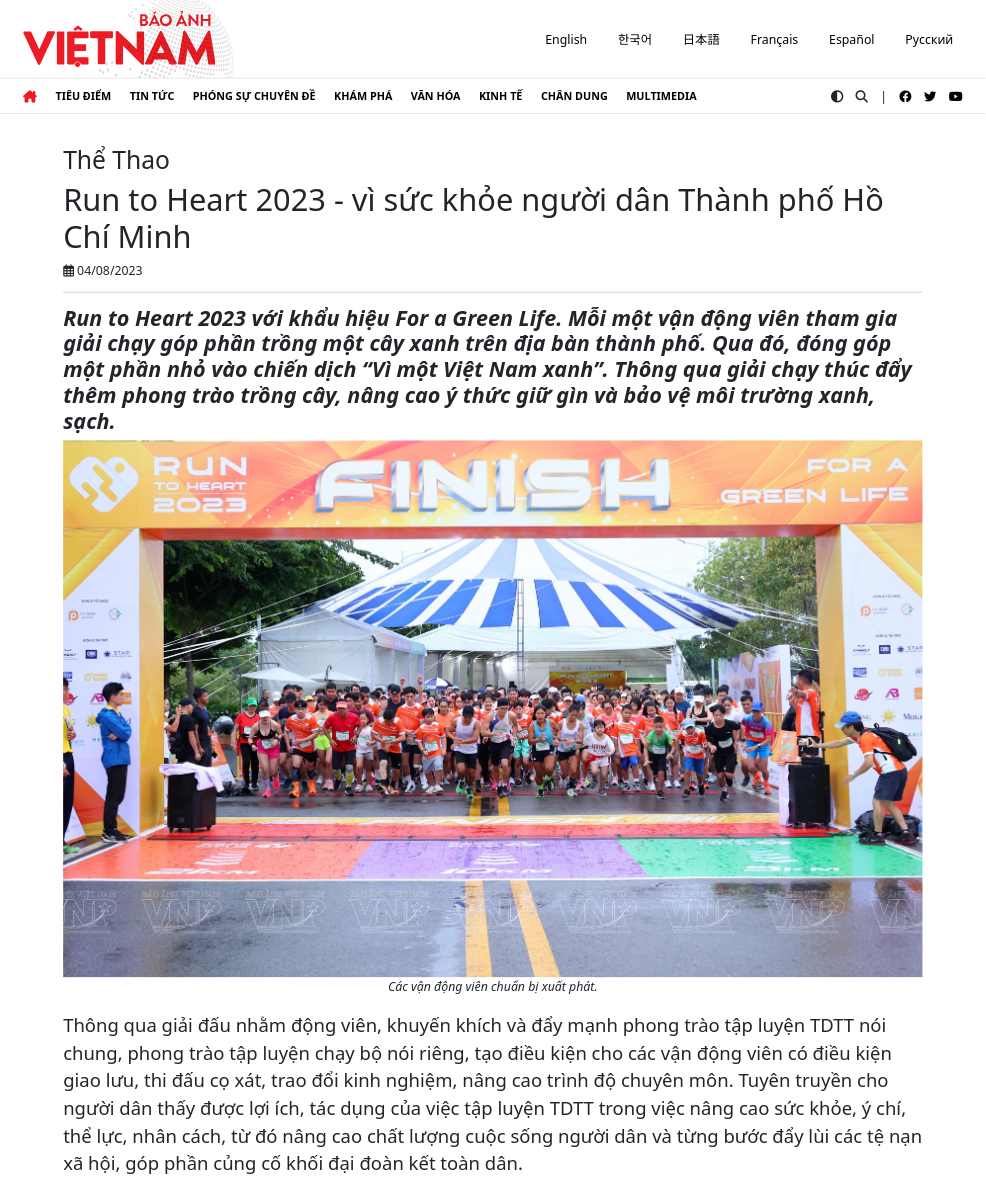
Repository: kietdotshp/webtintuc
Page: Detail.html
The author's editor kept a copy of each file at every save. The page is drawn from the files as they stood at one save, then again after a run of saves.
The browser window is 1280 px wide. The pictures show the whole page, at 77% of full size.
Some web libraries are served in a nearby version.

Above is the page before, as saved 2023-08-10 16:23:22.

### Detail.html
<!DOCTYPE html>
<html lang="en">

<head>
    <title></title>
    <meta charset="UTF-8">
    <meta name="viewport" content="width=device-width, initial-scale=1">
    <link href="assets/css/detail.css" rel="stylesheet">
    <link href="https://cdn.jsdelivr.net/npm/bootstrap@5.3.1/dist/css/bootstrap.min.css" rel="stylesheet"
        integrity="sha384-4bw+/aepP/YC94hEpVNVgiZdgIC5+VKNBQNGCHeKRQN+PtmoHDEXuppvnDJzQIu9" crossorigin="anonymous">
    <link href="https://cdn.jsdelivr.net/npm/bootstrap@5.3.1/dist/css/bootstrap.min.css" rel="stylesheet"
        integrity="sha384-4bw+/aepP/YC94hEpVNVgiZdgIC5+VKNBQNGCHeKRQN+PtmoHDEXuppvnDJzQIu9" crossorigin="anonymous" />
    <script src="https://cdn.jsdelivr.net/npm/bootstrap@5.3.1/dist/js/bootstrap.bundle.min.js"></script>
    <script src="https://kit.fontawesome.com/a076d05399.js"></script>
    <link rel="stylesheet" href="https://cdnjs.cloudflare.com/ajax/libs/font-awesome/6.4.2/css/all.min.css"
        integrity="sha512-z3gLpd7yknf1YoNbCzqRKc4qyor8gaKU1qmn+CShxbuBusANI9QpRohGBreCFkKxLhei6S9CQXFEbbKuqLg0DA=="
        crossorigin="anonymous" referrerpolicy="no-referrer" />

    <link rel="stylesheet" href="https://cdnjs.cloudflare.com/ajax/libs/font-awesome/4.7.0/css/font-awesome.min.css" />
</head>

<header>
    <div class="container-custom">
        <section class="d-flex align-items-center justify-content-between">
            <!-- Web logo -->
            <figure class="web-logo">
                <img src="./assets/images/logo-vi.svg" alt="Logo" class="img-contain" />
            </figure>

            <div class="d-none d-lg-flex align-items-center gap-3">
                <a href="javascript:void(0)" class="choose-lang">English</a>
                <a href="javascript:void(0)" class="choose-lang">한국어</a>
                <a href="javascript:void(0)" class="choose-lang">日本語</a>
                <a href="javascript:void(0)" class="choose-lang">Français</a>
                <a href="javascript:void(0)" class="choose-lang">Español</a>
                <a href="javascript:void(0)" class="choose-lang">Русский</a>
            </div>

            <a class="mobile-menu d-lg-none" href="javascript:void(0)">
                <i class="fa-solid fa-bars-staggered fs-2"></i>
            </a>
        </section>
    </div>

    <div class="line-seperate-horizontal"></div>

    <div class="container-custom">
        <section class="d-flex align-items-center justify-content-between py-3 py-lg-0">
            <div class="d-flex align-items-center gap-4 gap-xxl-5">
                <a href="javascript:void(0)">
                    <i class="fa-solid fa-house-chimney color-primary"></i>
                </a>

                <div class="d-none d-lg-flex align-items-center gap-4 gap-xxl-5">
                    <a href="javascript:void(0)" class="menu-item">Tiêu điểm</a>
                    <a href="javascript:void(0)" class="menu-item">Tin tức</a>
                    <a href="javascript:void(0)" class="menu-item">Phóng sự chuyên đề</a>
                    <a href="javascript:void(0)" class="menu-item">Khám phá</a>
                    <a href="javascript:void(0)" class="menu-item">Văn hóa</a>
                    <a href="javascript:void(0)" class="menu-item">Kinh tế</a>
                    <a href="javascript:void(0)" class="menu-item">Chân dung</a>
                    <a href="javascript:void(0)" class="menu-item">Multimedia</a>
                </div>
            </div>

            <div class="d-flex align-items-center gap-3">
                <div class="d-flex align-items-center gap-3">
                    <div class="cursor-pointer">
                        <i class="fa-solid fa-circle-half-stroke"></i>
                    </div>
                    <div class="cursor-pointer">
                        <i class="fa-solid fa-magnifying-glass"></i>
                    </div>
                </div>

                <div class="d-lg-none d-xl-block">|</div>

                <div class="d-lg-none d-xl-flex align-items-center gap-3">
                    <a href="javascript:void(0)">
                        <i class="fa-brands fa-facebook-f"></i>
                    </a>
                    <a href="javascript:void(0)">
                        <i class="fa-brands fa-twitter"></i>
                    </a>
                    <a href="javascript:void(0)">
                        <i class="fa-brands fa-youtube"></i>
                    </a>
                </div>
            </div>
        </section>
    </div>
</header>
<div class="line-seperate-horizontal"></div>

<body>
    <div class="container">
        <div class="detailmenu">
            <h2>
                <link href="#" target="kiểu mở liên kết">Thể Thao</link>
            </h2>
            <h1>Run to Heart 2023 - vì sức khỏe người dân Thành phố Hồ Chí Minh</h1>
            <div class="timeline">
                <time>
                    <i class="fa-regular fa-calendar"></i>
                    04/08/2023
                </time>
            </div>
            <hr />
        </div>
        <div>
            <h3>
                <span class="title">Run to Heart 2023 với khẩu hiệu For a Green Life.
                    Mỗi một vận động viên tham gia giải chạy góp phần trồng một cây xanh trên địa bàn thành phố.
                    Qua đó, đóng góp một phần nhỏ vào chiến dịch “Vì một Việt Nam xanh”. Thông qua giải chạy thúc đẩy
                    thêm phong trào trồng cây, nâng cao ý thức giữ gìn và bảo vệ môi trường xanh, sạch.
                </span>
            </h3>
            <img src="assets/images/detail1.jpg">
            <p style="color:darkbluel;text-align:center;font-style:italic;">Các vận động viên chuẩn bị xuất phát.
            </p>
            <div class="content1">Thông qua giải đấu nhằm động viên, khuyến khích và đẩy mạnh phong trào tập luyện TDTT nói chung, phong trào tập luyện chạy bộ nói riêng, tạo điều kiện cho các vận động viên có điều kiện giao lưu, thi đấu cọ xát, trao đổi kinh nghiệm, nâng cao trình độ chuyên môn.

                Tuyên truyền cho người dân thấy được lợi ích, tác dụng của việc tập luyện TDTT trong việc nâng cao sức khỏe, ý chí, thể lực, nhân cách, từ đó nâng cao chất lượng cuộc sống người dân và từng bước đẩy lùi các tệ nạn xã hội, góp phần củng cố khối đại đoàn kết toàn dân.
            </div>
        </div>

    </div>
</body>

</html>

### assets/css/detail.css
:root {
    --main-color: #333;
    --main-red-color: #ed1c24;
    --main-white-color: #fff;
    --main-blue-color-1: #b8dcf3;
    --main-blue-color-2: #467491;
    --main-grey-color-1: #666;
    --main-grey-color-2: #888;
    --main-grey-color-3: #f0f0f0;
    --main-border-color: #e0e0e0;
  }

  /* Common */
  .body {
    display: flex;
    flex-direction: column;
    min-height: 100vh;
    font-size: 16px;
    color: var(--main-color);
    font-family: 'Roboto-Regular', sans-serif;
  }

  .img-cover {
    width: 100%;
    height: 100%;
    object-fit: cover;
  }

  .img-contain {
    width: 100%;
    height: 100%;
    object-fit: contain;
  }

  img {
    max-width: 100%;
    max-height: 100%;
  }

  a {
    text-decoration: none !important;
    color: initial !important;
  }

  .color-primary {
    color: var(--main-red-color);
  }

  .cursor-pointer {
    cursor: pointer;
  }

  .container-custom {
    max-width: 1400px;
    padding-inline: 15px;
    margin: 0 auto;

    @media (min-width: 768px) {
      padding-inline: 30px;
    }
  }

  .text-line-clamp-2 {
    display: -webkit-box;
    -webkit-line-clamp: 2;
    -webkit-box-orient: vertical;
    overflow: hidden;
  }

  .text-line-clamp-3 {
    display: -webkit-box;
    -webkit-line-clamp: 3;
    -webkit-box-orient: vertical;
    overflow: hidden;
  }

  .image-padding-top {
    position: relative;
    padding-top: 56.25%;
  }

  /* Header css */
  .web-logo {
    position: relative;
    padding-block: 14px;
    margin-bottom: 0;
    width: 150px;

    @media (min-width: 992px) {
      width: 250px;
    }
  }

  .web-logo::after {
    content: '';
    background: url('../images/earth-digital.svg') no-repeat;
    width: 100%;
    height: 100%;
    opacity: 0.2;
    position: absolute;
    right: -60px;
    top: 0;
  }

  .choose-lang {
    border-radius: 9999px;
    padding: 6px 12px;
  }

  .choose-lang:hover {
    background-color: var(--main-border-color);
  }

  .line-seperate-horizontal {
    width: 100%;
    height: 1px;
    background-color: #e0e0e0;
  }

  .line-seperate-vertical {
    width: 1px;
    height: 100%;
    background-color: #e0e0e0;
    margin: 0 auto;
  }

  .menu-item {
    text-transform: uppercase;
    font-weight: 700;
    font-size: 14px;
    position: relative;
    padding-block: 12px;
    white-space: nowrap;
  }

  .menu-item::before {
    content: '';
    position: absolute;
    top: -1px;
    left: 50%;
    right: 50%;
    transform: translate(-50%, 0);
    width: 0;
    height: 2px;
    background: var(--main-red-color);
    transition: all 0.2s linear;
  }

  .menu-item:hover:before {
    width: 100%;
  }

  /* Carousel */
  .carousel-item {
    position: absolute !important;
    top: 0;
    left: 0;
    width: 100%;
    height: 100%;
  }

  .carousel-control-next,
  .carousel-control-prev {
    width: 10% !important;
  }

  .carousel-control-prev,
  .carousel-control-next {
    opacity: 0 !important;
  }

  .carousel:hover .carousel-control-prev,
  .carousel:hover .carousel-control-next {
    transition: all 0.3s linear;
    opacity: 1 !important;
  }

  /* Main */
  .content {
    border: 1px solid var(--main-border-color);
    padding: 20px;
  }

  .content-spacing {
    margin-block: 40px;
  }

  .content-title {
    display: inline-block;
    color: var(--main-red-color);
    line-height: 26px;
    font-size: 26px;
    font-weight: 600;
    margin-bottom: 20px;
  }

  .article-title {
    font-size: 22px;
    font-weight: 600;
  }

  .article-title.sub {
    font-size: 16px;
  }

  .article-category {
    text-transform: uppercase;
    font-size: 12px;
    color: var(--main-grey-color-2);
  }

  .content-ul-list {
    padding-left: 20px;
    margin-bottom: 0;
    max-height: 480px;
    overflow: auto;
  }

  .content-ul-list li::marker {
    color: var(--main-red-color);
  }

  /* Spacing */
  .mb-10px {
    margin-bottom: 10px;
  }

  .max-w-40px {
    max-width: 40px !important;
  }
  .h2{
    color: var(--main-red-color);
  }
  .detailmenu{
    margin-top: 40px;
  }
  .title{
    font-weight: 700;
    font-style:italic;
  }
  .content1{
    font-size: 1.5rem;
    line-height: 1.5;
    margin: 20px auto;
  }

After the next 2 saves:
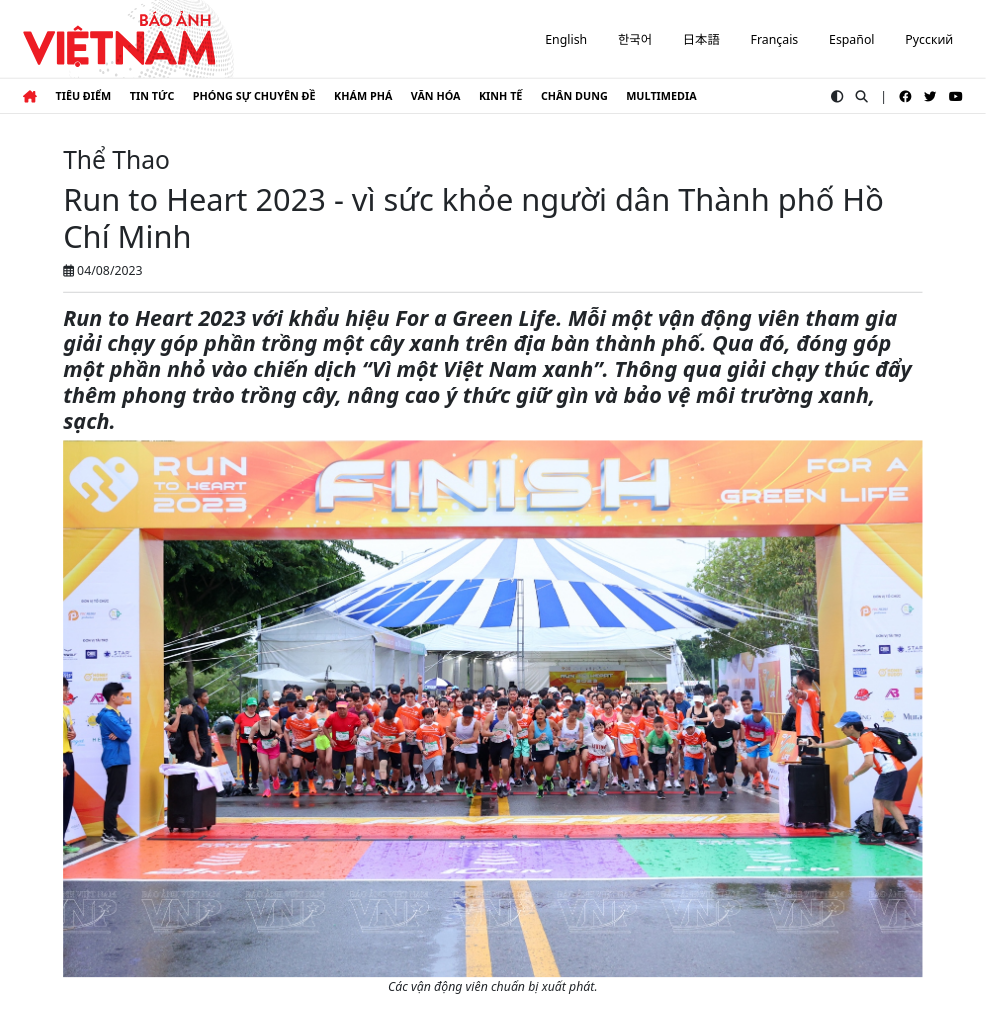
The 2 saves are shown as one change because they came seconds apart.
The last was saved 27 s later.
--- a/Detail.html
+++ b/Detail.html
@@ -118,9 +118,8 @@
             <img src="assets/images/detail1.jpg">
             <p style="color:darkbluel;text-align:center;font-style:italic;">Các vận động viên chuẩn bị xuất phát.
             </p>
-            <div class="content1">Thông qua giải đấu nhằm động viên, khuyến khích và đẩy mạnh phong trào tập luyện TDTT nói chung, phong trào tập luyện chạy bộ nói riêng, tạo điều kiện cho các vận động viên có điều kiện giao lưu, thi đấu cọ xát, trao đổi kinh nghiệm, nâng cao trình độ chuyên môn.
-
-                Tuyên truyền cho người dân thấy được lợi ích, tác dụng của việc tập luyện TDTT trong việc nâng cao sức khỏe, ý chí, thể lực, nhân cách, từ đó nâng cao chất lượng cuộc sống người dân và từng bước đẩy lùi các tệ nạn xã hội, góp phần củng cố khối đại đoàn kết toàn dân.
+            <div class="content1">
+                <sp
             </div>
         </div>
 
